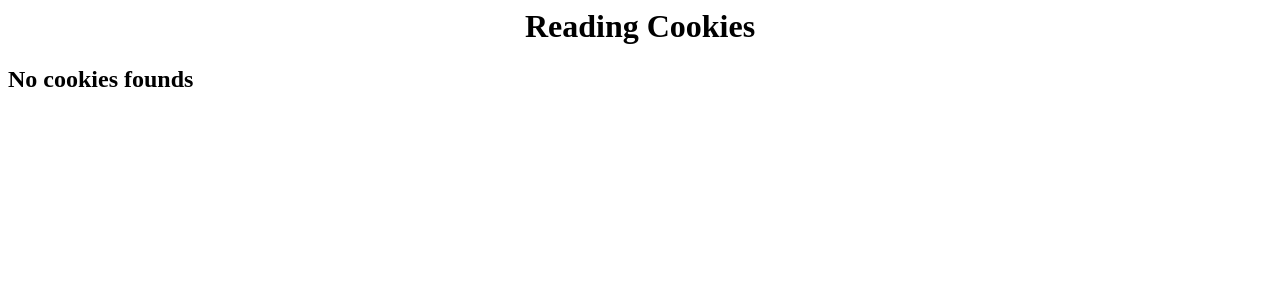
Repository: msibgathulla9980/JSP
Page: http://localhost/HelloWorldJSP/Main.jsp
These files come from the project's save history. The page is drawn as it stood at one moment and after the next save; the edit follows.
The browser window is 1280 px wide. The pictures show the whole page.
The page is served by Tomcat 9.

Above is the page before, as saved 2019-01-28 12:44:26.

### HelloWorldJSP/WebContent/Main.jsp
<html>
   <head>
      <title>Reading Cookies</title>
   </head>

   <body>
      <center>
         <h1>Reading Cookies</h1>
      </center>
      <%
         Cookie cookie = null;
         Cookie[] cookies = null;

         // Get an array of Cookies associated with the this domain
         cookies = request.getCookies();

         if( cookies != null ) {
            out.println("<h2> Found Cookies Name and Value</h2>");

            for (int i = 0; i < cookies.length; i++) {
               cookie = cookies[i];
               out.print("Name : " + cookie.getName( ) + ",  ");
               out.print("Value: " + cookie.getValue( )+" <br/>");
            }
         } else {
            out.println("<h2>No cookies founds</h2>");
         }
      %>
   </body>

</html>

After the next save:
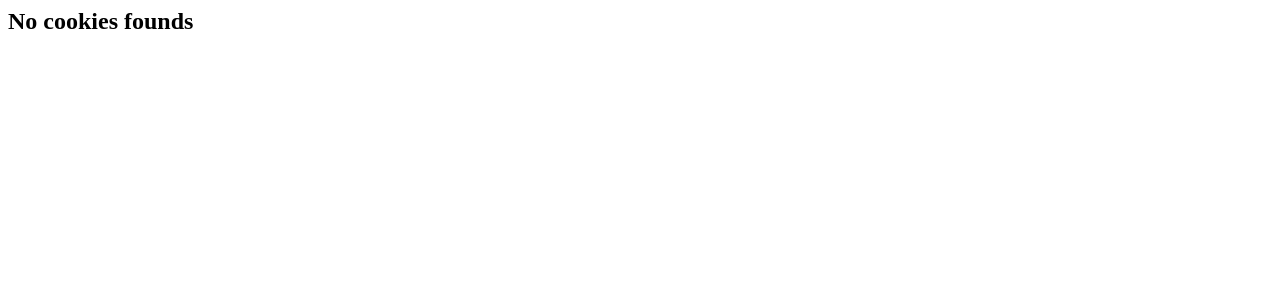
Saved 34 s later.
--- a/HelloWorldJSP/WebContent/Main.jsp
+++ b/HelloWorldJSP/WebContent/Main.jsp
@@ -4,9 +4,9 @@
    </head>
 
    <body>
-      <center>
+    <!--   <center>
          <h1>Reading Cookies</h1>
-      </center>
+      </center> -->
       <%
          Cookie cookie = null;
          Cookie[] cookies = null;

After the save that followed:
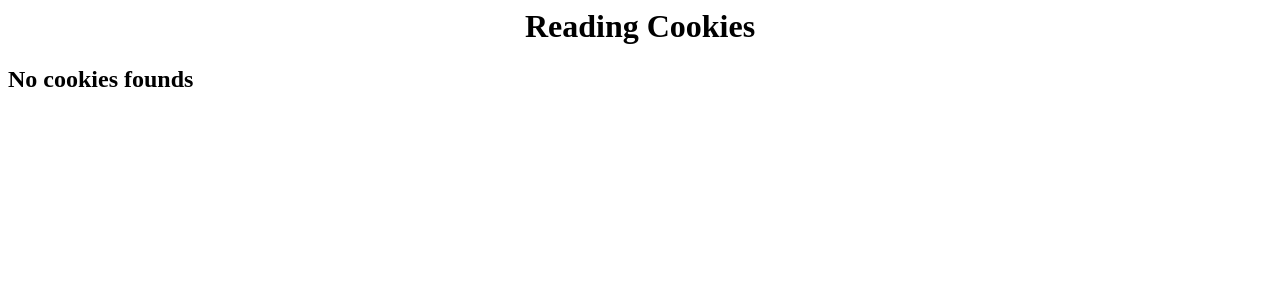
Saved 2 min 2 s later.
--- a/HelloWorldJSP/WebContent/Main.jsp
+++ b/HelloWorldJSP/WebContent/Main.jsp
@@ -4,9 +4,9 @@
    </head>
 
    <body>
-    <!--   <center>
+      <center>
          <h1>Reading Cookies</h1>
-      </center> -->
+      </center>
       <%
          Cookie cookie = null;
          Cookie[] cookies = null;
@@ -19,11 +19,19 @@
 
             for (int i = 0; i < cookies.length; i++) {
                cookie = cookies[i];
+
+               if((cookie.getName( )).compareTo("first_name") == 0 ) {
+                  cookie.setMaxAge(0);
+                  response.addCookie(cookie);
+                  out.print("Deleted cookie: " +
+                  cookie.getName( ) + "<br/>");
+               }
                out.print("Name : " + cookie.getName( ) + ",  ");
                out.print("Value: " + cookie.getValue( )+" <br/>");
             }
          } else {
-            out.println("<h2>No cookies founds</h2>");
+            out.println(
+            "<h2>No cookies founds</h2>");
          }
       %>
    </body>
